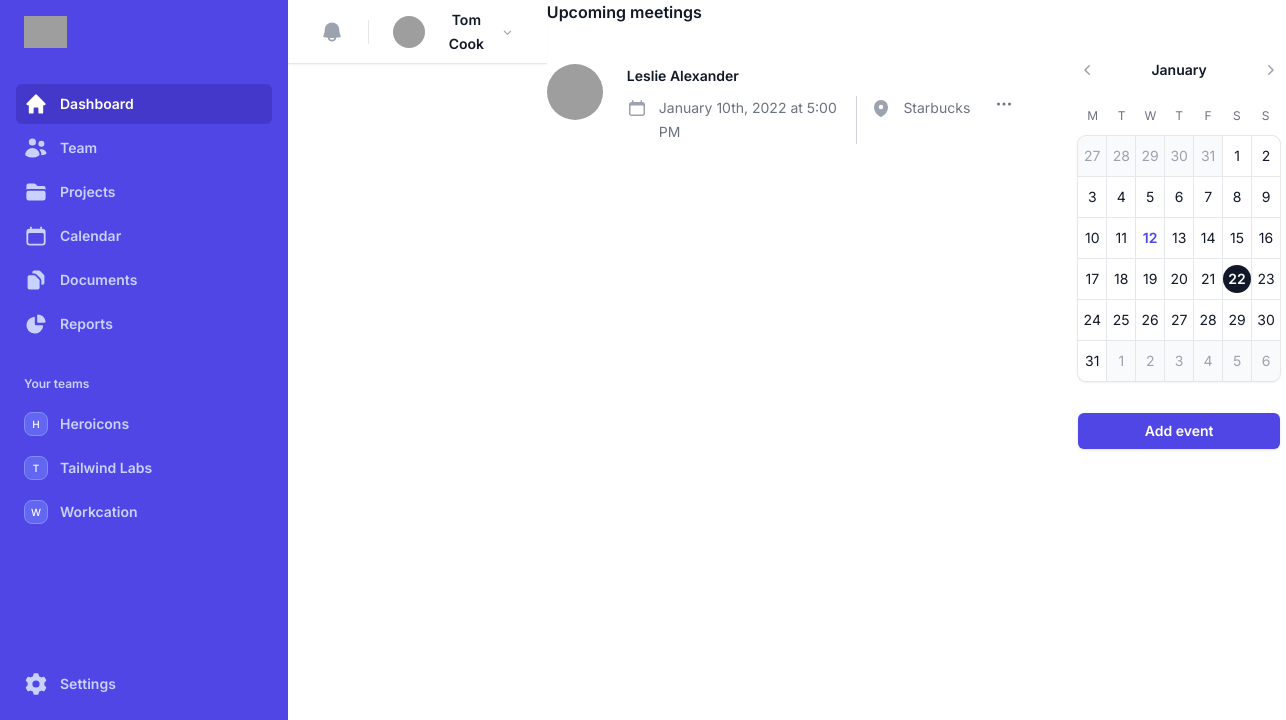
Repository: uh-sman/digital-x
Page: /
These files come from the project's save history. The page is drawn as it stood at one moment and after the next save; the edit follows.
The browser window is 1280 px wide. The page is 1286 px wide, so the pictures cover 1286 px, including what lies to the right of the window. The pictures show the whole page.
Pictures or frames that could not be fetched are drawn as grey boxes. The project was rebuilt for these pictures with package versions that can differ from the ones it lists, and the page was loaded fresh each time. The framework's server and built-in components were replaced by stand-ins that run in the browser. Also part of the build but not shown: next.config.mjs.

Above is the page before, as saved 2024-04-02 09:57:11.

After the next save:
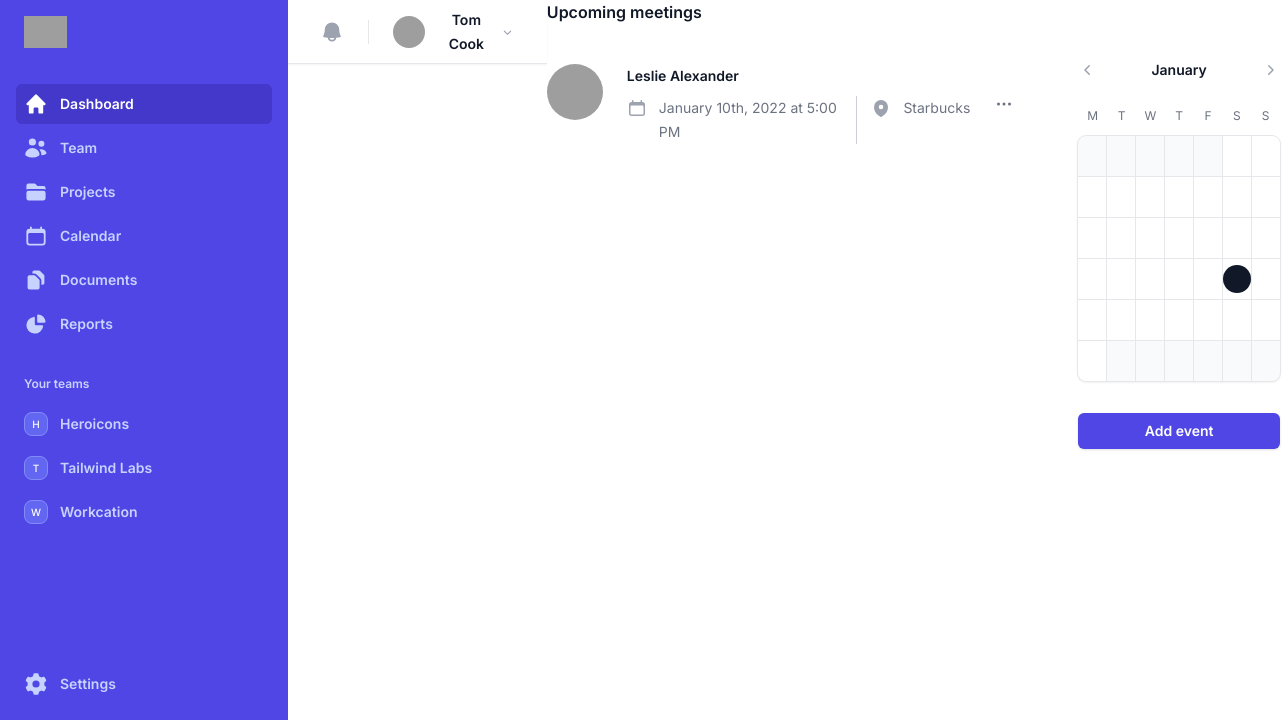
Saved 22 s later.
--- a/app/(routes)/page.tsx
+++ b/app/(routes)/page.tsx
@@ -132,7 +132,7 @@ export default function Home() {
                     day.isSelected && !day.isToday && 'bg-gray-900'
                   )}
                 >
-                  {day.date.split('-').pop().replace(/^0/, '')}
+                  {/* {day.date.split('-').pop().replace(/^0/, '')} */}
                 </time>
               </button>
             ))}
